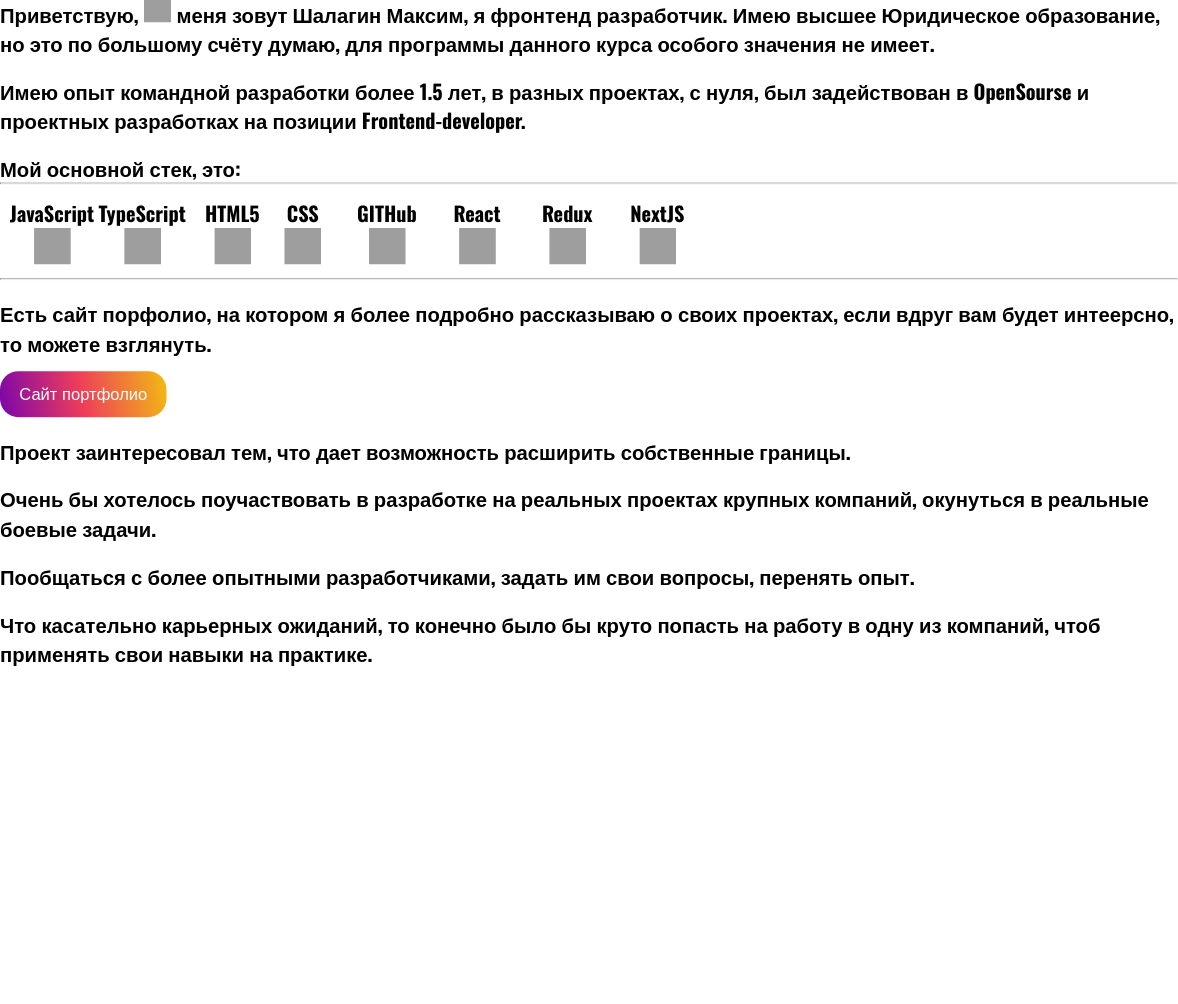
Repository: ni4egonepridumal/letter
Page: index.html
The author's editor kept a copy of each file at every save. The page is drawn from the files as they stood at one save, then again after the next save.
The browser window is 1280 px wide. The pictures show the whole page, at 92% of full size.
Pictures or frames that could not be fetched are drawn as grey boxes.

Above is the page before, as saved 2024-01-18 18:13:37.

### index.html
<!DOCTYPE html>
<html lang="en">
  <head>
    <meta charset="UTF-8" />
    <meta name="viewport" content="width=device-width, initial-scale=1.0" />
    <link rel="stylesheet" href="style.css" />
    <link rel="preconnect" href="https://fonts.googleapis.com" />
    <link rel="preconnect" href="https://fonts.gstatic.com" crossorigin />
    <link
      href="https://fonts.googleapis.com/css2?family=Oswald:wght@200..700&display=swap"
      rel="stylesheet"
    />
    <title>Document</title>
  </head>
  <body>
    <div class="container">
      <div class="inner">
        <p>
          Приветствую,
          <span>
            <img
              src="https://upload.wikimedia.org/wikipedia/commons/thumb/1/17/Noto_Emoji_Pie_1f44b_1f3fb.svg/1024px-Noto_Emoji_Pie_1f44b_1f3fb.svg.png"
              width="30"
              height="30"
              alt="smile"
            /> </span
          >меня зовут Шалагин Максим, я фронтенд разработчик. Имею высшее
          Юридическое образование, но это по большому счёту думаю, для программы
          данного курса особого значения не имеет.
        </p>
        <p>
          Имею опыт командной разработки более 1.5 лет, в разных проектах, с
          нуля, был задействован в OpenSourse и проектных разработках на позиции
          Frontend-developer.
        </p>
        <p>Мой основной стек, это:</p>
        <hr />

        <div class="myScills">
          <div class="img">
            <label>JavaScript</label
            ><img
              src="https://raw.githubusercontent.com/devicons/devicon/master/icons/javascript/javascript-original.svg"
              alt="javascript"
              width="40"
              height="40"
            />
          </div>
          <div class="img">
            <label>TypeScript</label
            ><img
              src="https://raw.githubusercontent.com/devicons/devicon/master/icons/typescript/typescript-original.svg"
              alt="typescript"
              width="40"
              height="40"
            />
          </div>
          <div class="img">
            <label>HTML5</label
            ><img
              src="https://raw.githubusercontent.com/devicons/devicon/master/icons/html5/html5-original-wordmark.svg"
              alt="html5"
              width="40"
              height="40"
            />
          </div>
          <div class="img_css">
            <label>CSS</label
            ><img
              src="https://raw.githubusercontent.com/devicons/devicon/master/icons/css3/css3-original-wordmark.svg"
              alt="css3"
              width="40"
              height="40"
            />
          </div>
          <div class="img">
            <label>GITHub</label
            ><img
              src="https://raw.githubusercontent.com/devicons/devicon/master/icons/github/github-original.svg"
              alt="git"
              width="40"
              height="40"
            />
          </div>
          <div class="img">
            <label>React</label
            ><img
              src="https://raw.githubusercontent.com/devicons/devicon/master/icons/react/react-original-wordmark.svg"
              alt="react"
              width="40"
              height="40"
            />
          </div>
          <div class="img">
            <label>Redux</label
            ><img
              src="https://raw.githubusercontent.com/devicons/devicon/master/icons/redux/redux-original.svg"
              alt="redux"
              width="40"
              height="40"
            />
          </div>
          <div class="img">
            <label>NextJS</label
            ><img
              src="https://cdn.worldvectorlogo.com/logos/nextjs-2.svg"
              alt="nextjs"
              width="40"
              height="40"
            />
          </div>
        </div>
        <hr />

        <p>
          Есть сайт порфолио, на котором я более подробно рассказываю о своих
          проектах, если вдруг вам будет интеерсно, то можете взглянуть.
        </p>
        <div style="margin-top: 15px">
          <a
            class="href"
            href="https://portfolio-three-taupe-20.vercel.app/"
            target="_blank"
          >
            <button class="inner_href">Сайт портфолио</button>
          </a>
        </div>
        <p>
          Проект заинтересовал тем, что дает возможность расширить собственные
          границы.
        </p>
        <p>
          Очень бы хотелось поучаствовать в разработке на реальных проектах
          крупных компаний, окунуться в реальные боевые задачи.
        </p>
        <p>
          Пообщаться с более опытными разработчиками, задать им свои вопросы,
          перенять опыт.
        </p>
        <p>
          Что касательно карьерных ожиданий, то конечно было бы круто попасть на
          работу в одну из компаний, чтоб применять свои навыки на практике.
        </p>
      </div>
    </div>
  </body>
</html>

### style.css
* {
  margin: 0;
  padding: 0;
  box-sizing: border-box;
}

body {
  font-size: 22px;
  font-weight: 700;
  font-family: "Oswald", sans-serif;
}
p {
  margin-top: 20px;
}
.container {
  /* display: flex; */
}
.inner {
  margin-inline: auto;
  margin-block-start: 50vh;
  transform: translateY(-50%);
}
.myScills {
  display: flex;
  flex-wrap: wrap;
  margin: 15px 0;
}
.img {
  width: 83px;
  display: flex;
  justify-content: center;
  flex-wrap: wrap;
  margin-left: 15px;
}
.img_css {
  width: 70px;
  display: flex;
  justify-content: center;
  flex-wrap: wrap;
}
.inner_href {
  width: 181px;
  height: 50px;
  padding: 0 15px;
  border-radius: 20px;
  border: none;
  background: linear-gradient(
    78.55deg,
    #7a05ab 0%,
    #ee3d5a 48.44%,
    #f2bc12 100%
  );
  cursor: pointer;
  font-size: 18px;
  color: white;
}
.inner_href:hover {
  background: linear-gradient(
    264.48deg,
    #7a05ab 7.38%,
    #ee3d5a 47.97%,
    #f2bc12 91.19%
  );
}
.href {
  text-decoration: none;
  vertical-align: middle;
}

After the next save:
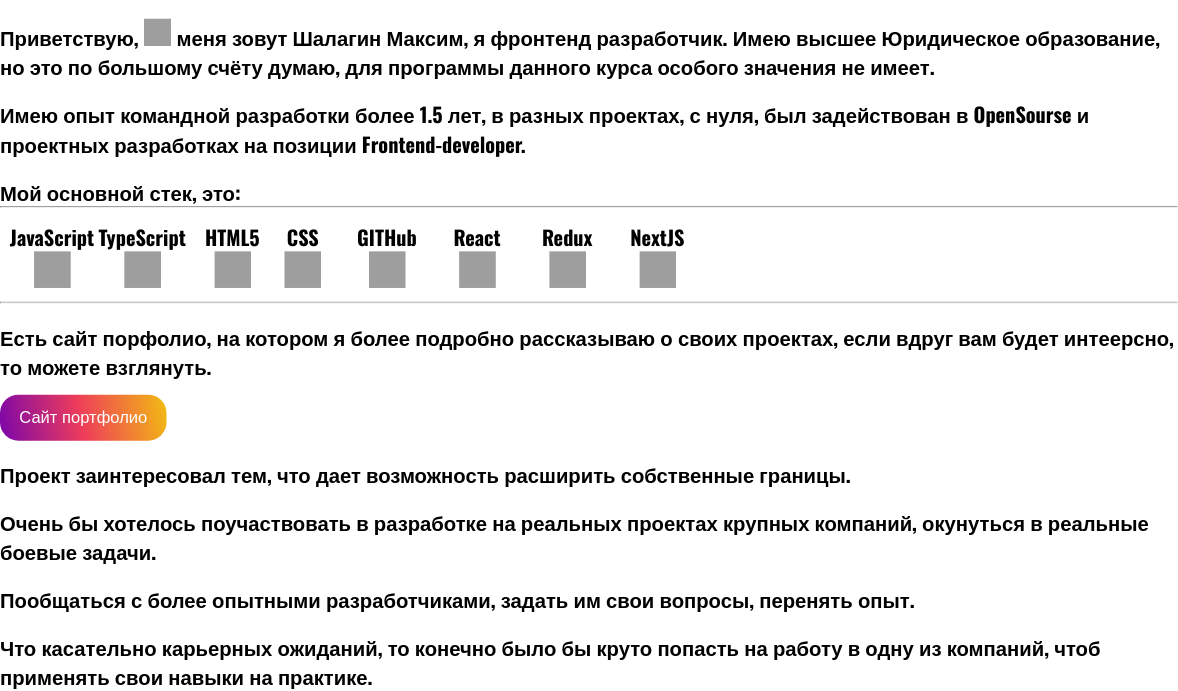
Saved 32 s later.
--- a/style.css
+++ b/style.css
@@ -13,12 +13,10 @@ p {
   margin-top: 20px;
 }
 .container {
-  /* display: flex; */
+  display: flex;
+  justify-content: center;
 }
 .inner {
-  margin-inline: auto;
-  margin-block-start: 50vh;
-  transform: translateY(-50%);
 }
 .myScills {
   display: flex;
